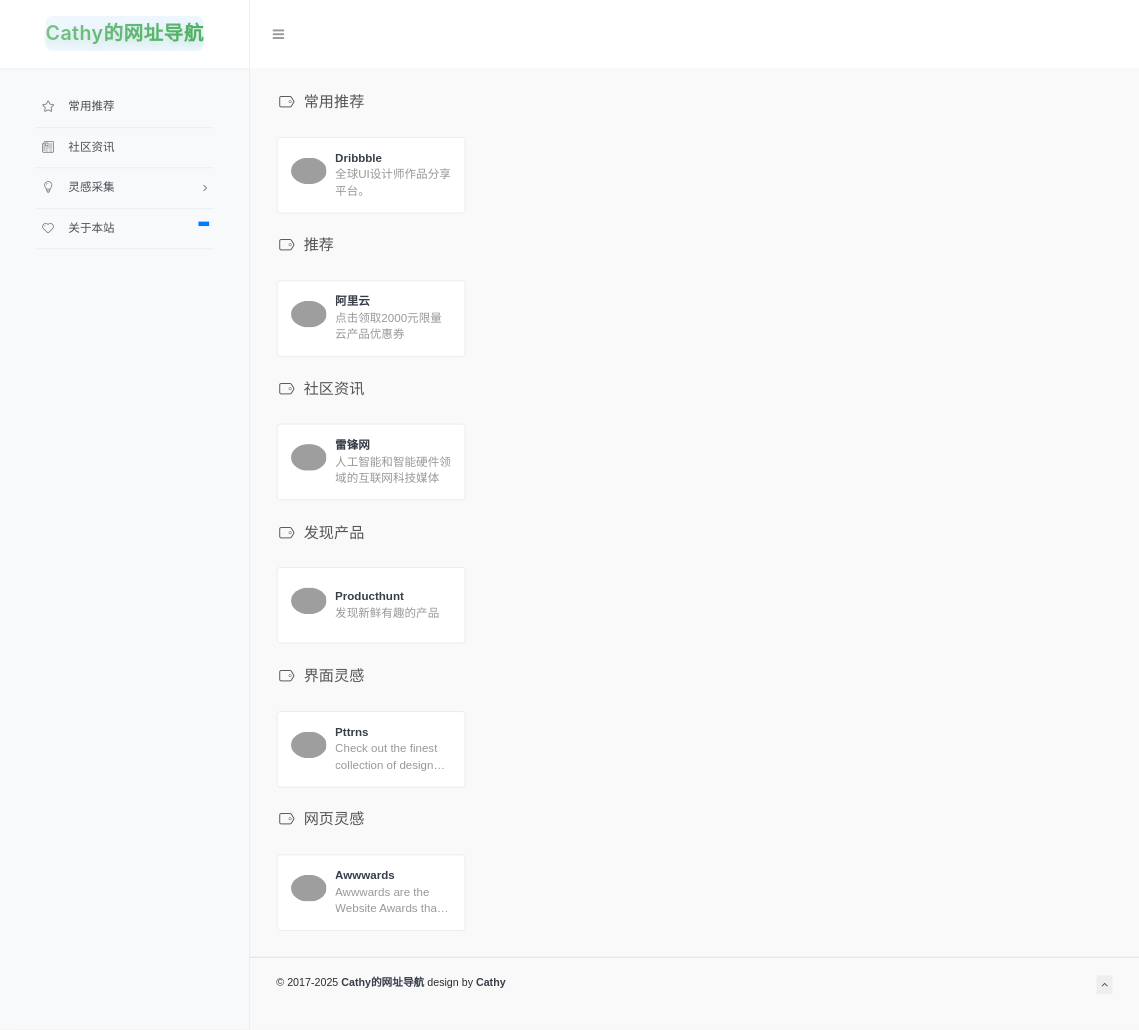
Repository: SweetPomelo0/AINav
Page: cn/index.html
The author's editor kept a copy of each file at every save. The page is drawn from the files as they stood at one save, then again after the next save.
The browser window is 1280 px wide. The pictures show the whole page, at 89% of full size.
The pointer rests on the first visible `.logo-text`.
Pictures or frames that could not be fetched are drawn as grey boxes.

Above is the page before, as saved 2025-07-24 22:11:39.

### cn/index.html
<!doctype html>
<html lang="zh">
  <head>
    <meta charset="utf-8" />
    <meta http-equiv="X-UA-Compatible" content="IE=edge" />
    <meta name="viewport" content="width=device-width, initial-scale=1.0" />
    <meta name="author" content="viggo" />
    <title>Cathy的网址导航</title>
    <meta name="keywords" content="Cathy的网址导航,收集工作中常用网址" />
    <meta name="description" content="Cathy的网址导航,收集工作中常用网址" />
    <link rel="shortcut icon" href="../assets/images/favicon.png" />
    <link
      rel="stylesheet"
      href="http://fonts.googleapis.com/css?family=Arimo:400,700,400italic"
    />
    <link
      rel="stylesheet"
      href="../assets/css/fonts/linecons/css/linecons.css"
    />
    <link
      rel="stylesheet"
      href="../assets/css/fonts/fontawesome/css/font-awesome.min.css"
    />
    <link rel="stylesheet" href="../assets/css/bootstrap.css" />
    <link rel="stylesheet" href="../assets/css/xenon-core.css" />
    <link rel="stylesheet" href="../assets/css/xenon-components.css" />
    <link rel="stylesheet" href="../assets/css/xenon-skins.css" />
    <link rel="stylesheet" href="../assets/css/nav.css" />
    <style>
      /* 自定义logo文字样式 */
      .logo-text {
        text-decoration: none !important;
        display: block;
      }

      .logo-title {
        background: linear-gradient(135deg, #64b5f6 0%, #42a5f5 50%, #1e88e5 100%);
        -webkit-background-clip: text;
        -webkit-text-fill-color: transparent;
        background-clip: text;
        font-size: 22px;
        font-weight: 600;
        font-family: 'Microsoft YaHei', 'PingFang SC', 'SF Pro Display', 'Helvetica Neue', Arial, sans-serif;
        text-decoration: none;
        display: block;
        line-height: 1.3;
        letter-spacing: 0.5px;
        transition: all 0.3s ease;
        text-shadow: 0 2px 4px rgba(0,0,0,0.1);
        text-align: center;
        width: 100%;
        /* 调整上下间距 */
        padding: 5px 0;
      }

      .logo-title-collapsed {
         color: #ffffff;
         font-size: 22px;
         font-weight: 700;
         font-family: 'Microsoft YaHei', 'PingFang SC', 'SF Pro Display', 'Helvetica Neue', Arial, sans-serif;
         text-decoration: none;
         display: inline-block;
         line-height: 1;
         text-align: center;
         width: 42px;
         height: 42px;
         line-height: 42px;
         background: linear-gradient(135deg, #64b5f6 0%, #42a5f5 50%, #1e88e5 100%);
         border-radius: 12px;
         transition: all 0.3s cubic-bezier(0.4, 0, 0.2, 1);
         box-shadow: 0 4px 12px rgba(30, 136, 229, 0.3);
         border: 2px solid rgba(255, 255, 255, 0.1);
       }

      .logo-text:hover .logo-title {
         background: linear-gradient(135deg, #81c784 0%, #66bb6a 50%, #4caf50 100%);
         -webkit-background-clip: text;
         -webkit-text-fill-color: transparent;
         background-clip: text;
         transform: translateY(-1px);
         text-shadow: 0 4px 8px rgba(76, 175, 80, 0.2);
       }

      .logo-text:hover .logo-title-collapsed {
         background: linear-gradient(135deg, #81c784 0%, #66bb6a 50%, #4caf50 100%);
         transform: scale(1.08) translateY(-2px);
         box-shadow: 0 8px 20px rgba(76, 175, 80, 0.4);
         border-color: rgba(255, 255, 255, 0.2);
       }

      /* 确保logo容器样式 */
       .sidebar-menu .logo-env .logo {
         text-align: center !important;
         width: 100% !important;
         float: none !important;
         display: flex !important;
         justify-content: center !important;
         align-items: center !important;
       }

       /* 添加微妙的发光效果 */
       .logo-title::before {
         content: '';
         position: absolute;
         top: 0;
         left: 0;
         right: 0;
         bottom: 0;
         background: linear-gradient(135deg, rgba(100, 181, 246, 0.1) 0%, rgba(66, 165, 245, 0.1) 100%);
         border-radius: 8px;
         opacity: 0;
         transition: opacity 0.3s ease;
         z-index: -1;
       }

       .logo-text:hover .logo-title::before {
         opacity: 1;
       }

       /* 为logo文字添加相对定位 */
       .logo-title {
         position: relative;
       }

       /* 浅色侧边栏主题样式 */
       .sidebar-menu {
         background: #f8f9fa !important;
         border-right: 1px solid #e9ecef;
         box-shadow: 2px 0 10px rgba(0,0,0,0.1);
       }

       .sidebar-menu .logo-env {
         background: #ffffff;
         border-bottom: 1px solid #e9ecef !important;
         height: 78px;
       }

       .sidebar-menu .main-menu a {
         color: #495057 !important;
         border-bottom: 1px solid #e9ecef !important;
         transition: all 0.3s ease;
       }

       .sidebar-menu .main-menu a:hover {
         color: #007bff !important;
         background: #f1f3f4;
         padding-left: 15px;
         border-left: 3px solid #007bff;
       }

       .sidebar-menu .main-menu li.active > a {
         color: #007bff !important;
         background: #e3f2fd;
         border-left: 3px solid #007bff;
         font-weight: 500;
       }

       .sidebar-menu .main-menu a > i {
         color: #6c757d;
       }

       .sidebar-menu .main-menu a:hover > i,
       .sidebar-menu .main-menu li.active > a > i {
         color: #007bff;
       }

       .sidebar-menu .main-menu li.has-sub > a:before {
         color: #6c757d !important;
       }

       .sidebar-menu .main-menu li.has-sub:hover > a:before,
       .sidebar-menu .main-menu li.has-sub.active > a:before {
         color: #007bff !important;
       }

       /* 子菜单样式 */
       .sidebar-menu .main-menu ul li a {
         color: #6c757d !important;
         padding-left: 35px;
         font-size: 13px;
       }

       .sidebar-menu .main-menu ul li a:hover {
         color: #007bff !important;
         background: #f8f9fa;
         padding-left: 45px;
       }

       .sidebar-menu .main-menu ul li.active > a {
         color: #007bff !important;
         background: #e3f2fd;
         font-weight: 500;
       }

       /* 标签样式调整 */
       .sidebar-menu .main-menu .label {
         background: #28a745;
         color: white;
       }

       .sidebar-menu .main-menu .label-pink {
         background: #e91e63;
       }

       .sidebar-menu .main-menu .label-Primary {
         background: #007bff;
       }
    </style>
    <script src="../assets/js/jquery-1.11.1.min.js"></script>
  </head>

  <body class="page-body">
    <!-- skin-white -->
    <div class="page-container">
      <div class="sidebar-menu toggle-others fixed">
        <div class="sidebar-menu-inner">
          <header class="logo-env">
            <!-- logo -->
            <div class="logo">
              <a href="index.html" class="logo-expanded logo-text">
                <span class="logo-title">Cathy的网址导航</span>
              </a>
              <a href="index.html" class="logo-collapsed logo-text">
                <span class="logo-title-collapsed">C</span>
              </a>
            </div>
<!-- å            <div class="mobile-menu-toggle visible-xs">åå
              <a href="#" data-toggle="user-info-menu">
                <i class="linecons-cog"></i>
              </a>
              <a href="#" data-toggle="mobile-menu">
                <i class="fa-bars"></i>
              </a>
            </div> -->
          </header>
          <ul id="main-menu" class="main-menu">
            <li>
              <a href="#常用推荐" class="smooth">
                <i class="linecons-star"></i>
                <span class="title">常用推荐</span>
              </a>
            </li>
            <li>
              <a href="#社区资讯" class="smooth">
                <i class="linecons-doc"></i>
                <span class="title">社区资讯</span>
              </a>
            </li>
            <li>
              <a>
                <i class="linecons-lightbulb"></i>
                <span class="title">灵感采集</span>
              </a>
              <ul>
                <li>
                  <a href="#发现产品" class="smooth">
                    <span class="title">发现产品</span>
                  </a>
                </li>
                <li>
                  <a href="#界面灵感" class="smooth">
                    <span class="title">界面灵感</span>
                  </a>
                </li>
                <li>
                  <a href="#网页灵感" class="smooth">
                    <span class="title">网页灵感</span>
                    <span class="label label-pink pull-right hidden-collapsed"
                      >Hot</span
                    >
                  </a>
                </li>

              </ul>
            </li>

            <li>
              <a href="about.html">
                <i class="linecons-heart"></i>
                <span class="tooltip-blue">关于本站</span>
                <span class="label label-Primary pull-right hidden-collapsed"
                  > </span
                >
              </a>
            </li>

          </ul>
        </div>
      </div>
      <div class="main-content">
        <nav class="navbar user-info-navbar" role="navigation">
          <!-- User Info, Notifications and Menu Bar -->
          <!-- Left links for user info navbar -->
          <ul class="user-info-menu left-links list-inline list-unstyled">
            <li class="hidden-sm hidden-xs">
              <a href="#" data-toggle="sidebar">
                <i class="fa-bars"></i>
              </a>
            </li>
            <!-- <li class="dropdown hover-line language-switcher">
              <a
                href="../cn/index.html"
                class="dropdown-toggle"
                data-toggle="dropdown"
              >
                <img src="../assets/images/flags/flag-cn.png" alt="flag-cn" />
                Chinese
              </a>
              <ul class="dropdown-menu languages">
                <li>
                  <a href="../en/index.html">
                    <img
                      src="../assets/images/flags/flag-us.png"
                      alt="flag-us"
                    />
                    English
                  </a>
                </li>
                <li class="active">
                  <a href="../cn/index.html">
                    <img
                      src="../assets/images/flags/flag-cn.png"
                      alt="flag-cn"
                    />
                    Chinese
                  </a>
                </li>
              </ul> -->
            </li>
          </ul>
          <!-- <ul class="user-info-menu right-links list-inline list-unstyled">
            <li class="hidden-sm hidden-xs">
              <a
                href="https://github.com/WebStackPage/WebStackPage.github.io"
                target="_blank"
              >
                <i class="fa-github"></i> GitHub
              </a>
            </li>
          </ul> -->
          <!-- <a href="https://github.com/WebStackPage/WebStackPage.github.io" target="_blank"><img style="position: absolute; top: 0; right: 0; border: 0;" src="https://s3.amazonaws.com/github/ribbons/forkme_right_darkblue_121621.png" alt="Fork me on GitHub"></a> -->
        </nav>
        <!-- 常用推荐 -->
        <h4 class="text-gray">
          <i class="linecons-tag" style="margin-right: 7px" id="常用推荐"></i
          >常用推荐
        </h4>
        <div class="row">
          <div class="col-sm-3">
            <div
              class="xe-widget xe-conversations box2 label-info"
              onclick="window.open('https://dribbble.com/', '_blank')"
              data-toggle="tooltip"
              data-placement="bottom"
              title=""
              data-original-title="https://dribbble.com/"
            >
              <div class="xe-comment-entry">
                <a class="xe-user-img">
                  <img
                    data-src="../assets/images/logos/dribbble.png"
                    class="lozad img-circle"
                    width="40"
                  />
                </a>
                <div class="xe-comment">
                  <a href="#" class="xe-user-name overflowClip_1">
                    <strong>Dribbble</strong>
                  </a>
                  <p class="overflowClip_2">全球UI设计师作品分享平台。</p>
                </div>
              </div>
            </div>
          </div>

        </div>

        <br />
        <!-- END 常用推荐 -->
        <!-- 推荐 -->
        <h4 class="text-gray">
          <i class="linecons-tag" style="margin-right: 7px" id="界面灵感"></i
          >推荐
        </h4>
        <div class="row">
          <div class="col-sm-3">
            <div
              class="xe-widget xe-conversations box2 label-info"
              onclick="window.open('https://www.aliyun.com/minisite/goods?userCode=xtct5egx&share_source=copy_link', '_blank')"
              data-toggle="tooltip"
              data-placement="bottom"
              title=""
              data-original-title="https://www.aliyun.com/"
            >
              <div class="xe-comment-entry">
                <a class="xe-user-img">
                  <img
                    data-src="../assets/images/logos/aliyun.png"
                    class="lozad img-circle"
                    width="40"
                  />
                </a>
                <div class="xe-comment">
                  <a href="#" class="xe-user-name overflowClip_1">
                    <strong>阿里云</strong>
                  </a>
                  <p class="overflowClip_2">点击领取2000元限量云产品优惠券</p>
                </div>
              </div>
            </div>
          </div>

        </div>
        <br />
        <!--END 推荐 -->
        <!-- 社区资讯 -->
        <h4 class="text-gray">
          <i class="linecons-tag" style="margin-right: 7px" id="社区资讯"></i
          >社区资讯
        </h4>
        <div class="row">
          <div class="col-sm-3">
            <div
              class="xe-widget xe-conversations box2 label-info"
              onclick="window.open('https://www.leiphone.com/', '_blank')"
              data-toggle="tooltip"
              data-placement="bottom"
              title=""
              data-original-title="https://www.leiphone.com/"
            >
              <div class="xe-comment-entry">
                <a class="xe-user-img">
                  <img
                    data-src="../assets/images/logos/leiphone.png"
                    class="lozad img-circle"
                    width="40"
                  />
                </a>
                <div class="xe-comment">
                  <a href="#" class="xe-user-name overflowClip_1">
                    <strong>雷锋网</strong>
                  </a>
                  <p class="overflowClip_2">
                    人工智能和智能硬件领域的互联网科技媒体
                  </p>
                </div>
              </div>
            </div>
          </div>
        </div>

        <br />
        <!--END 社区资讯 -->
        <!-- 发现产品 -->
        <h4 class="text-gray">
          <i class="linecons-tag" style="margin-right: 7px" id="发现产品"></i
          >发现产品
        </h4>
        <div class="row">
          <div class="col-sm-3">
            <div
              class="xe-widget xe-conversations box2 label-info"
              onclick="window.open('https://www.producthunt.com/', '_blank')"
              data-toggle="tooltip"
              data-placement="bottom"
              title=""
              data-original-title="https://www.producthunt.com/"
            >
              <div class="xe-comment-entry">
                <a class="xe-user-img">
                  <img
                    data-src="../assets/images/logos/producthunt.png"
                    class="lozad img-circle"
                    width="40"
                  />
                </a>
                <span
                  class="label label-info"
                  data-toggle="tooltip"
                  data-placement="left"
                  title=""
                  data-original-title="Hello I am a Tooltip"
                ></span>
                <div class="xe-comment">
                  <a href="#" class="xe-user-name overflowClip_1">
                    <strong>Producthunt</strong>
                  </a>
                  <p class="overflowClip_2">发现新鲜有趣的产品</p>
                </div>
              </div>
            </div>
          </div>
        </div>
        <br />
        <!--END 发现产品 -->
        <!-- 界面灵感 -->
        <h4 class="text-gray">
          <i class="linecons-tag" style="margin-right: 7px" id="界面灵感"></i
          >界面灵感
        </h4>
        <div class="row">
          <div class="col-sm-3">
            <div
              class="xe-widget xe-conversations box2 label-info"
              onclick="window.open('https://www.pttrns.com/', '_blank')"
              data-toggle="tooltip"
              data-placement="bottom"
              title=""
              data-original-title="https://www.pttrns.com/"
            >
              <div class="xe-comment-entry">
                <a class="xe-user-img">
                  <img
                    data-src="../assets/images/logos/Pttrns.png"
                    class="lozad img-circle"
                    width="40"
                  />
                </a>
                <div class="xe-comment">
                  <a href="#" class="xe-user-name overflowClip_1">
                    <strong>Pttrns</strong>
                  </a>
                  <p class="overflowClip_2">
                    Check out the finest collection of design patterns,
                    resources, mobile apps and inspiration
                  </p>
                </div>
              </div>
            </div>
          </div>

        </div>
        <!--END 界面灵感 -->
        <br />
        <!-- 网页灵感 -->
        <h4 class="text-gray">
          <i class="linecons-tag" style="margin-right: 7px" id="网页灵感"></i
          >网页灵感
        </h4>
        <div class="row">
          <div class="col-sm-3">
            <div
              class="xe-widget xe-conversations box2 label-info"
              onclick="window.open('https://www.awwwards.com/', '_blank')"
              data-toggle="tooltip"
              data-placement="bottom"
              title=""
              data-original-title="https://www.awwwards.com/"
            >
              <div class="xe-comment-entry">
                <a class="xe-user-img">
                  <img
                    data-src="../assets/images/logos/awwwards.png"
                    class="lozad img-circle"
                    width="40"
                  />
                </a>
                <div class="xe-comment">
                  <a href="#" class="xe-user-name overflowClip_1">
                    <strong>Awwwards</strong>
                  </a>
                  <p class="overflowClip_2">
                    Awwwards are the Website Awards that recognize and promote
                    the talent and effort of the best developers, designers and
                    web agencies in the world.
                  </p>
                </div>
              </div>
            </div>
          </div>

        </div>

        <br />

        <footer class="main-footer sticky footer-type-1">
          <div class="footer-inner">
            <!-- Add your copyright text here -->
            <div class="footer-text">
              &copy; 2017-2025
              <a href="../cn/about.html"><strong>Cathy的网址导航</strong></a> design by
              <a href="https://www.viggoz.com" target="_blank"
                ><strong>Cathy</strong></a
              >
              <!--  - Purchase for only <strong>23$</strong> -->
            </div>
            <!-- Go to Top Link, just add rel="go-top" to any link to add this functionality -->
            <div class="go-up">
              <a href="#" rel="go-top">
                <i class="fa-angle-up"></i>
              </a>
            </div>
          </div>
        </footer>
      </div>
    </div>
    <!-- 锚点平滑移动 -->
    <script type="text/javascript">
      $(document).ready(function () {
        //img lazy loaded
        const observer = lozad();
        observer.observe();

        $(document).on("click", ".has-sub", function () {
          var _this = $(this);
          if (!$(this).hasClass("expanded")) {
            setTimeout(function () {
              _this.find("ul").attr("style", "");
            }, 300);
          } else {
            $(".has-sub ul").each(function (id, ele) {
              var _that = $(this);
              if (_this.find("ul")[0] != ele) {
                setTimeout(function () {
                  _that.attr("style", "");
                }, 300);
              }
            });
          }
        });
        $(".user-info-menu .hidden-sm").click(function () {
          if ($(".sidebar-menu").hasClass("collapsed")) {
            $(".has-sub.expanded > ul").attr("style", "");
          } else {
            $(".has-sub.expanded > ul").show();
          }
        });
        $("#main-menu li ul li").click(function () {
          $(this).siblings("li").removeClass("active"); // 删除其他兄弟元素的样式
          $(this).addClass("active"); // 添加当前元素的样式
        });
        $("a.smooth").click(function (ev) {
          ev.preventDefault();

          public_vars.$mainMenu
            .add(public_vars.$sidebarProfile)
            .toggleClass("mobile-is-visible");
          ps_destroy();
          $("html, body").animate(
            {
              scrollTop: $($(this).attr("href")).offset().top - 30,
            },
            {
              duration: 500,
              easing: "swing",
            }
          );
        });
        return false;
      });

      var href = "";
      var pos = 0;
      $("a.smooth").click(function (e) {
        $("#main-menu li").each(function () {
          $(this).removeClass("active");
        });
        $(this).parent("li").addClass("active");
        e.preventDefault();
        href = $(this).attr("href");
        pos = $(href).position().top - 30;
      });
    </script>
    <!-- Bottom Scripts -->
    <script src="../assets/js/bootstrap.min.js"></script>
    <script src="../assets/js/TweenMax.min.js"></script>
    <script src="../assets/js/resizeable.js"></script>
    <script src="../assets/js/joinable.js"></script>
    <script src="../assets/js/xenon-api.js"></script>
    <script src="../assets/js/xenon-toggles.js"></script>
    <!-- JavaScripts initializations and stuff -->
    <script src="../assets/js/xenon-custom.js"></script>
    <script src="../assets/js/lozad.js"></script>
  </body>
</html>

Loaded but not shown: assets/css/fonts/linecons/css/linecons.css (common file); assets/css/fonts/fontawesome/css/font-awesome.min.css (library); assets/css/bootstrap.css (library); assets/css/xenon-core.css (library); assets/css/xenon-components.css (library); assets/css/xenon-skins.css (library); assets/js/jquery-1.11.1.min.js (library); assets/js/bootstrap.min.js (library); assets/js/TweenMax.min.js (library); assets/js/joinable.js (library); assets/js/xenon-custom.js (1950 lines, source omitted); assets/js/xenon-toggles.js (321 lines, source omitted); assets/js/lozad.js (173 lines, source omitted); assets/js/resizeable.js (122 lines, source omitted); assets/js/xenon-api.js (91 lines, source omitted); assets/css/nav.css (67 lines, source omitted)

After the next save:
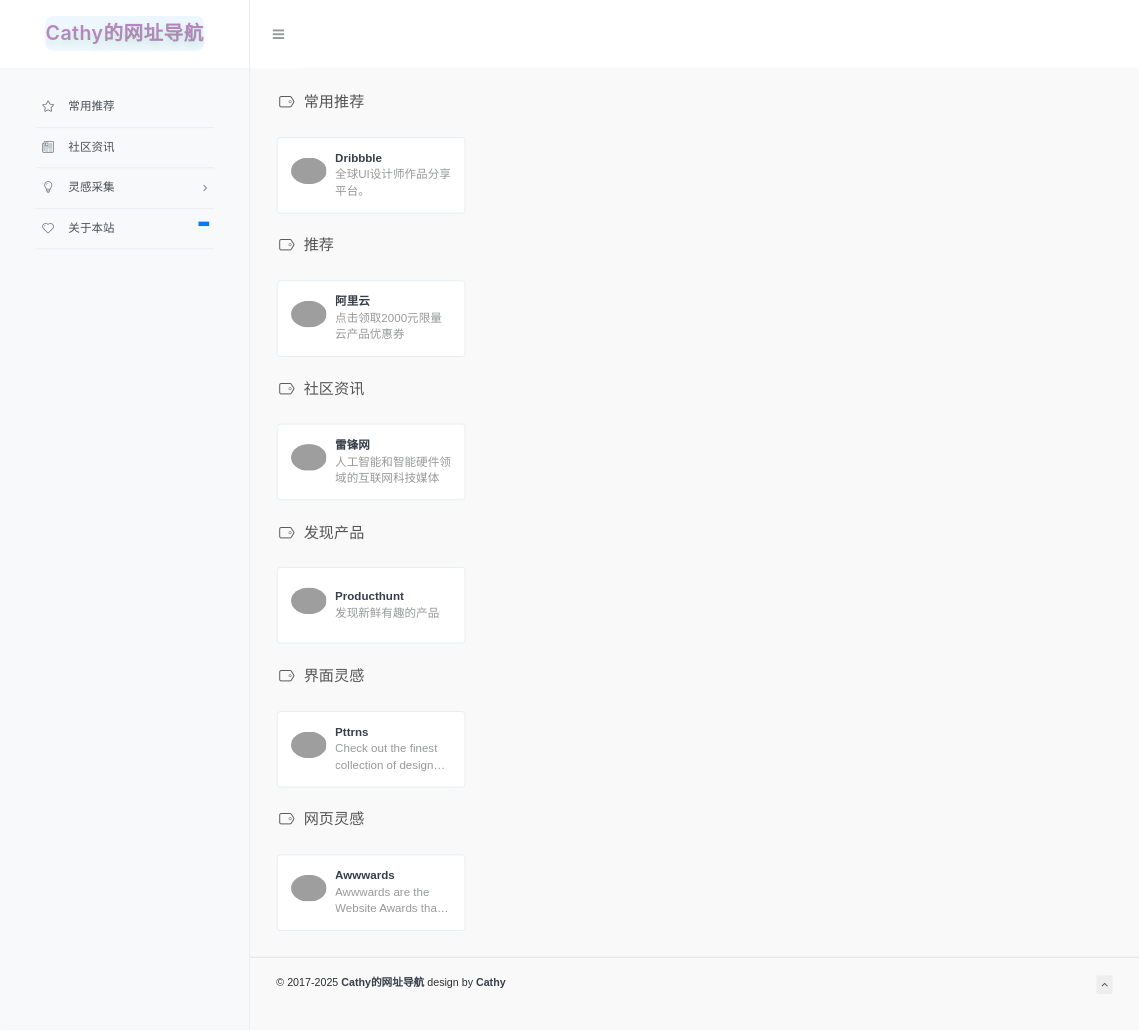
Saved 43 s later.
--- a/cn/index.html
+++ b/cn/index.html
@@ -73,7 +73,7 @@
        }
 
       .logo-text:hover .logo-title {
-         background: linear-gradient(135deg, #81c784 0%, #66bb6a 50%, #4caf50 100%);
+         background: linear-gradient(135deg, #c781bf 0%, #c781bf 50%, #c781bf 100%);
          -webkit-background-clip: text;
          -webkit-text-fill-color: transparent;
          background-clip: text;
@@ -82,7 +82,7 @@
        }
 
       .logo-text:hover .logo-title-collapsed {
-         background: linear-gradient(135deg, #81c784 0%, #66bb6a 50%, #4caf50 100%);
+         background: linear-gradient(135deg, #c781bf 0%, #c781bf 50%, #c781bf 100%);
          transform: scale(1.08) translateY(-2px);
          box-shadow: 0 8px 20px rgba(76, 175, 80, 0.4);
          border-color: rgba(255, 255, 255, 0.2);
